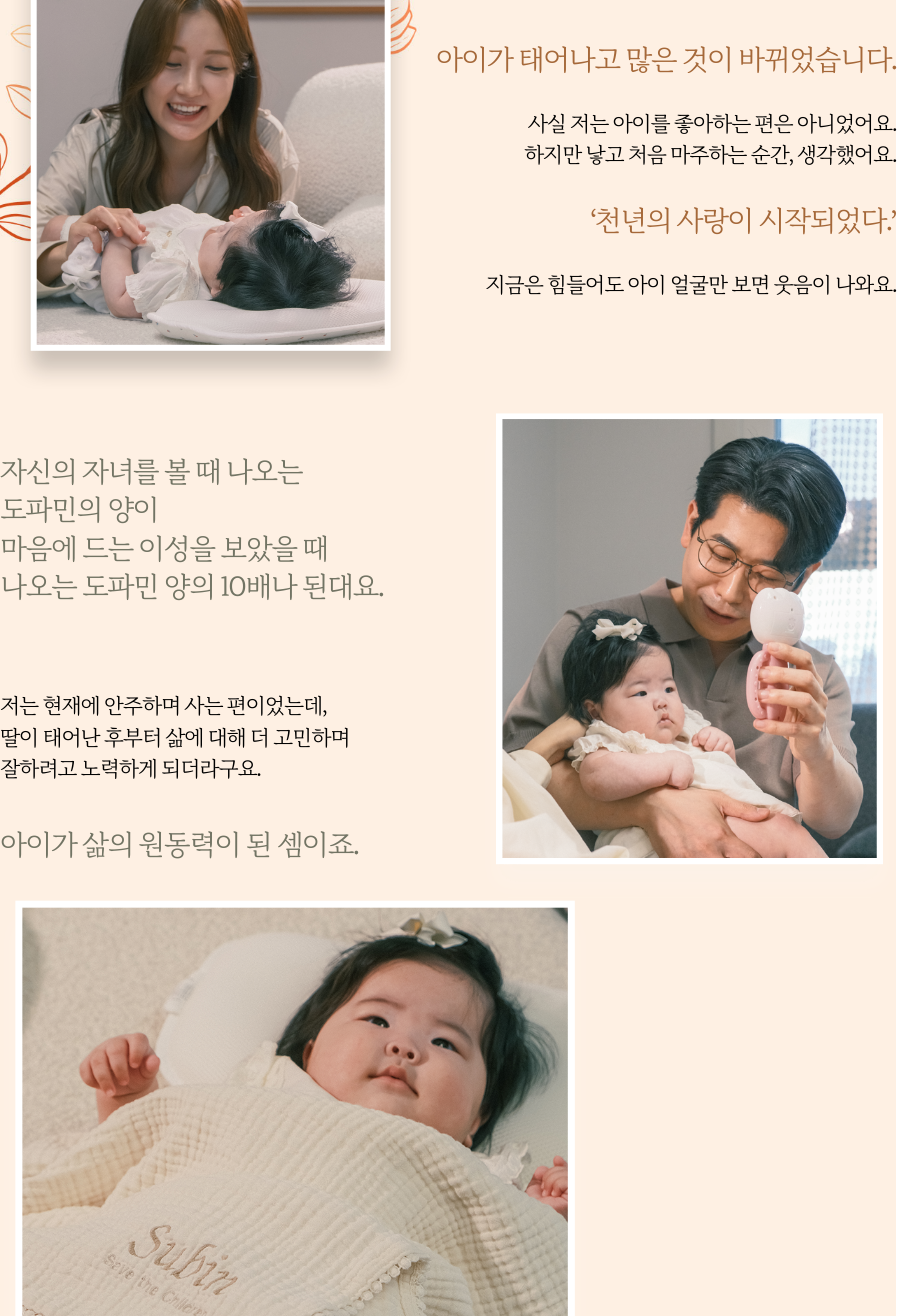
Repository: dlgywls1130/saveTheChildren
Page: index.html
The author's editor kept a copy of each file at every save. The page is drawn from the files as they stood at one save, then again after the next save.
The browser window is 1280 px wide. The page is 1293 px wide, so the pictures cover 1293 px, including what lies to the right of the window. The pictures show the part of the page from y = 3261 to 5141 px (the page is 10384 px tall), at 70% of full size.
Some web fonts or font styles are not loaded; a fallback is used. The style sheet was rebuilt from its Sass, Less or Tailwind sources for each picture, by a compiler version that may differ from the author's.

Above is the page before, as saved 2024-11-01 22:35:29.

After the next save:
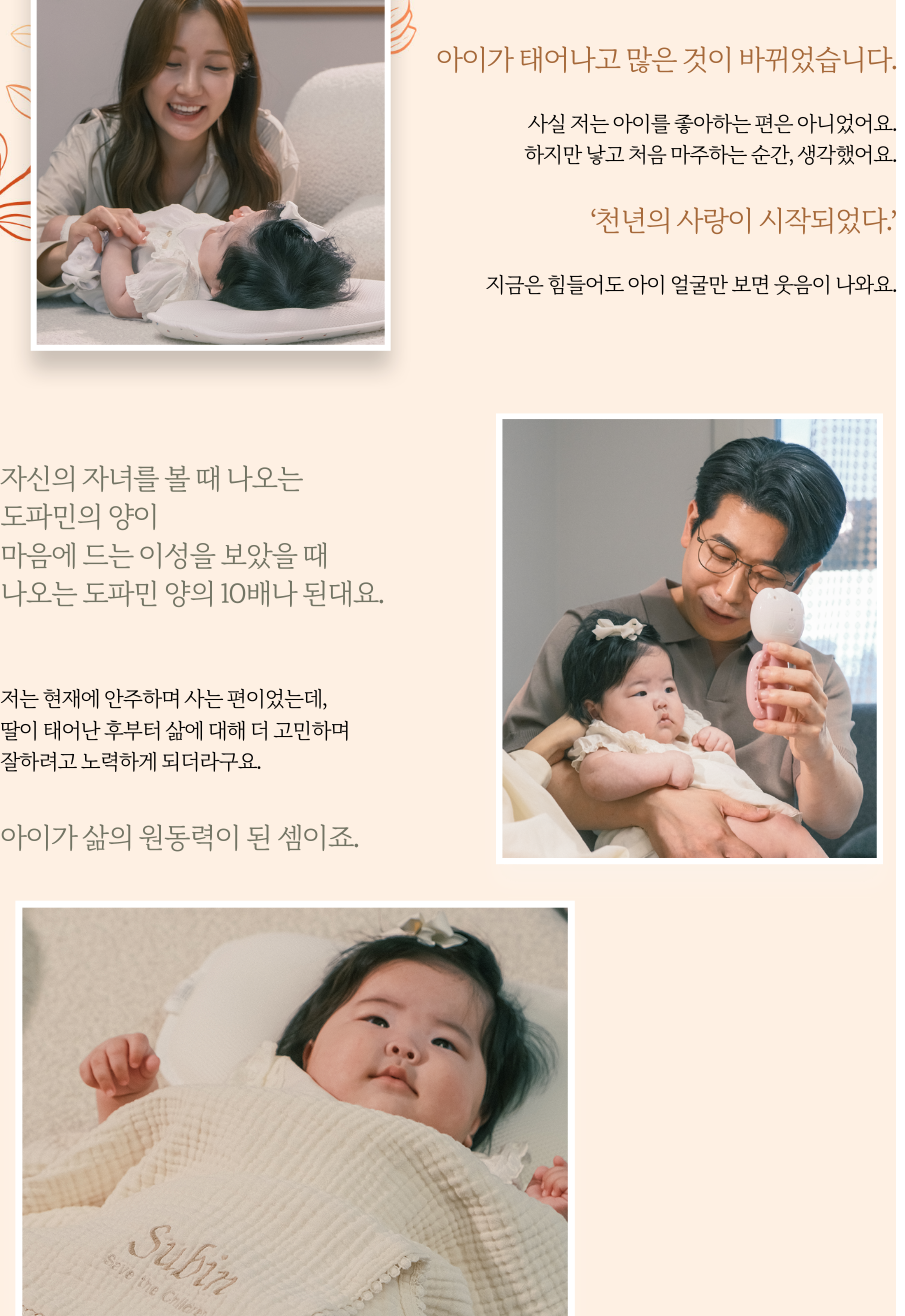
Saved 20 s later.
--- a/index.html
+++ b/index.html
@@ -99,7 +99,7 @@
             <div class="story_03">
                 <div class="story_03_01">
                     <div class="story_text-contain">
-                        <p class="story_text_01 mb-120">
+                        <p class="story_text_01 mb-100">
                             자신의 자녀를 볼 때 나오는
                             <br>도파민의 양이
                             <br>마음에 드는 이성을 보았을 때
